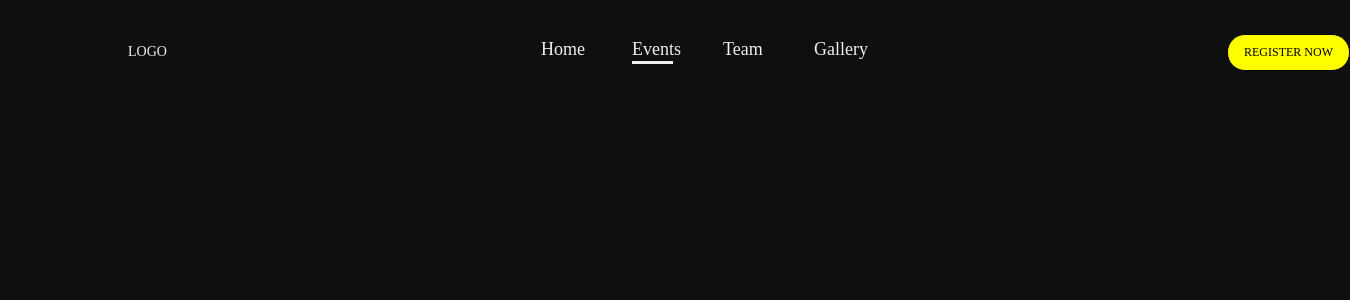
Repository: s4bbi/spandan-3.0
Page: /
The author's editor kept a copy of each file at every save. The page is drawn from the files as they stood at one save, then again after a run of saves.
The browser window is 1280 px wide. The page is 1350 px wide, then 1280 px, then 1350 px, so the pictures cover 1350 px, including what lies to the right of the window. The pictures show the whole page.
The project was rebuilt for these pictures with package versions that can differ from the ones it lists, and the page was loaded fresh each time. Also part of the build but not shown: vite.config.js.

Above is the page before, as saved 2024-11-02 01:51:15.

### src/App.jsx
import React from 'react'
import Navbar from './components/Navbar/Navbar'
import { Route, Routes } from 'react-router-dom'

const App = () => {
  return (
    <div className='app'>
      <Navbar/>
      {/* <Routes>
        <Route path="/" element={<Home />} />
        <Route path="Events" element={<Events />} />
      </Routes> */}
    </div>
  )
}

export default App

### src/components/Navbar/Navbar.jsx
import React, {useState} from 'react'
import './Navbar.css'
// import {assets} from'../../assets/assets'
const Navbar = () => {

  const [menu,setMenu] = useState("Events");
  return (
    <div className='navbar'>
        <h1 className="logo">LOGO</h1>
        <ul className="navbar-menu">
            <li onClick={()=>setMenu("Home")} className={menu=="Home"?"active":""}>Home</li>
            <li onClick={()=>setMenu("Events")} className={menu=="Events"?"active":""}>Events</li>
            <li onClick={()=>setMenu("Team")} className={menu=="Team"?"active":""}>Team</li>
            <li onClick={()=>setMenu("Gallery")} className={menu=="Gallery"?"active":""}>Gallery</li>
        </ul>


        <button>REGISTER NOW</button>
     </div>

  )
}

export default Navbar

### src/components/Navbar/Navbar.css
.navbar{
    width: 1222px;
    height: 37px;
    margin-top: 34px;
    margin-left: 128px;
    border-radius: 20px 0px 0px 0px;
    display: flex;
    justify-content: space-between;
    align-items: center;
}

.logo{
    width: 41px;
    height: 17px;
    font-family: Gilroy-Light;
    font-size: 14px;
    font-weight: 400;
    line-height: 16.8px;
    text-align: left;
    color:#F0F0F0;
   }

.navbar-menu{
    display:flex;
    list-style:none;
    gap:50px;
    color:#F0F0F0;
    ;
   }

.navbar button{
    background:transparent;
    font-size: 12px;
    background-color:#FFFF00;
    font-family: Gilroy-SemiBold;
    border: 1px solid #010101;
    ;
    padding: 10px 16px 10px 16px;
    border-radius: 18px 18px 18px 18px;
    cursor: pointer;}
    /* transition: 0.3s; */
    /* width: Hug (132px)px; */
 /* height: Hug (37px)px;
top: 34px;
left: 1218px;
padding: 10px 16px 10px 16px;
} */

  .navbar button:hover{
    background-color:#FFFFFF;
    color: #e74c3c;
    }

  /* .navbar .active{
    padding-bottom: 3px;
    border-bottom: 3px solid #49557e;
}   */

.navbar .active {
    padding-bottom: 3px;
    border-bottom: 3px solid #F0F0F0;}
.navbar li{
    cursor: pointer;
    width: 41px;
    height: 17px;
    font-family: Gilroy-SemiBold;
    font-size: 18px;
    font-weight: 400;
    line-height: 17.15px;
    text-align: left;
}

### public/style.css
*{
    margin:0px;
    padding:0px;
}

body{
    background-color: #0f0f0f;
}

Loaded but not shown: index.html (common file); src/main.jsx (common file)

After the next 2 saves:
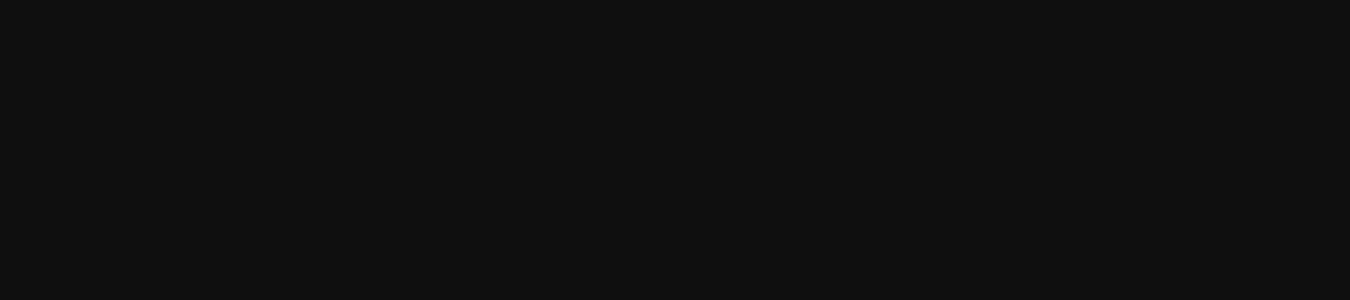
Console error: ReferenceError: Home is not defined
The 2 saves are shown as one change because they came seconds apart.
The last was saved 6 s later.
--- a/src/App.jsx
+++ b/src/App.jsx
@@ -6,10 +6,10 @@
   return (
     <div className='app'>
       <Navbar/>
-      {/* <Routes>
+      { <Routes>
         <Route path="/" element={<Home />} />
         <Route path="Events" element={<Events />} />
-      </Routes> */}
+      </Routes> }
     </div>
   )
 }

After the save that followed:
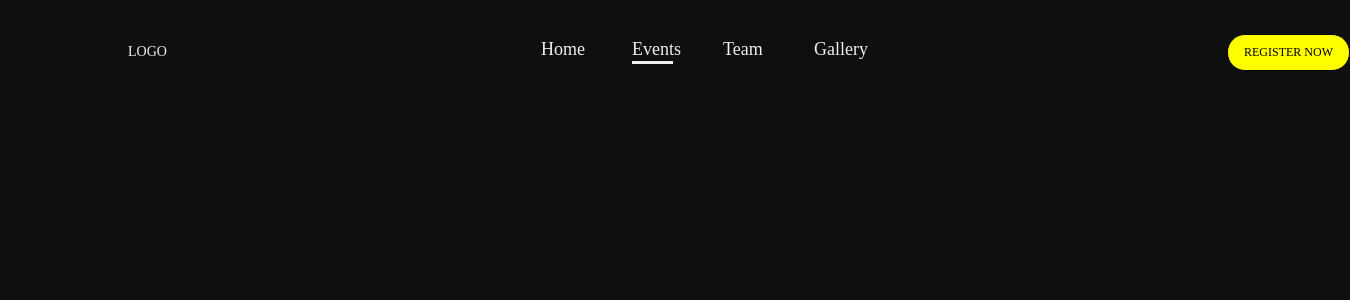
The error is gone.
Saved 24 s later.
--- a/src/App.jsx
+++ b/src/App.jsx
@@ -6,10 +6,10 @@
   return (
     <div className='app'>
       <Navbar/>
-      { <Routes>
+      {/* { <Routes>
         <Route path="/" element={<Home />} />
         <Route path="Events" element={<Events />} />
-      </Routes> }
+      </Routes> } */}
     </div>
   )
 }
